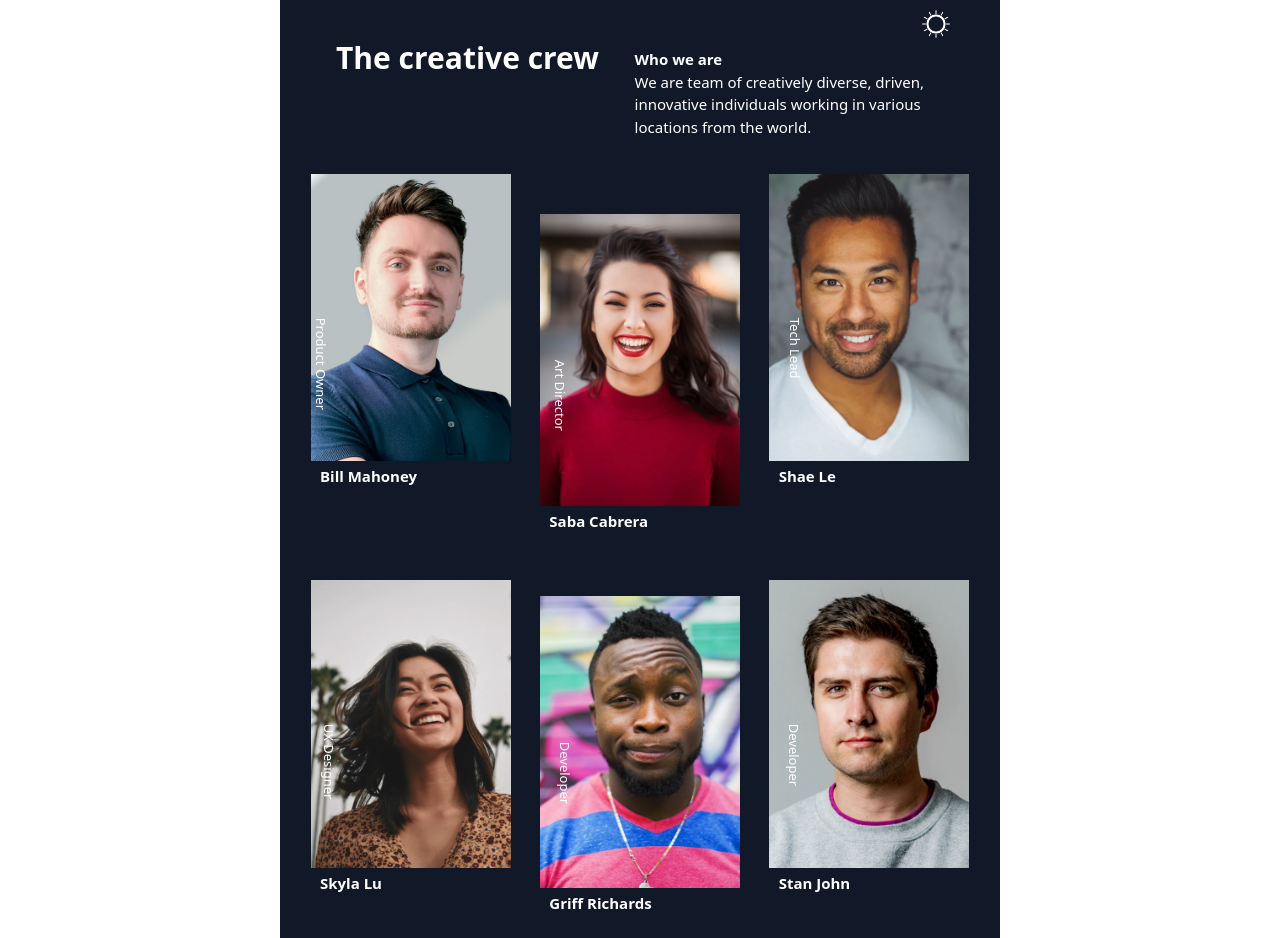
Repository: Alzate1075/Funval-G3-N2
Page: /
These files come from the project's save history. The page is drawn as it stood at one moment and after the next save; the edit follows.
The browser window is 1280 px wide. The pictures show the whole page.
The project was rebuilt for these pictures with package versions that can differ from the ones it lists, and the page was loaded fresh each time. Also part of the build but not shown: vite.config.js.

Above is the page before, as saved 2025-07-03 11:21:49.

After the next save:
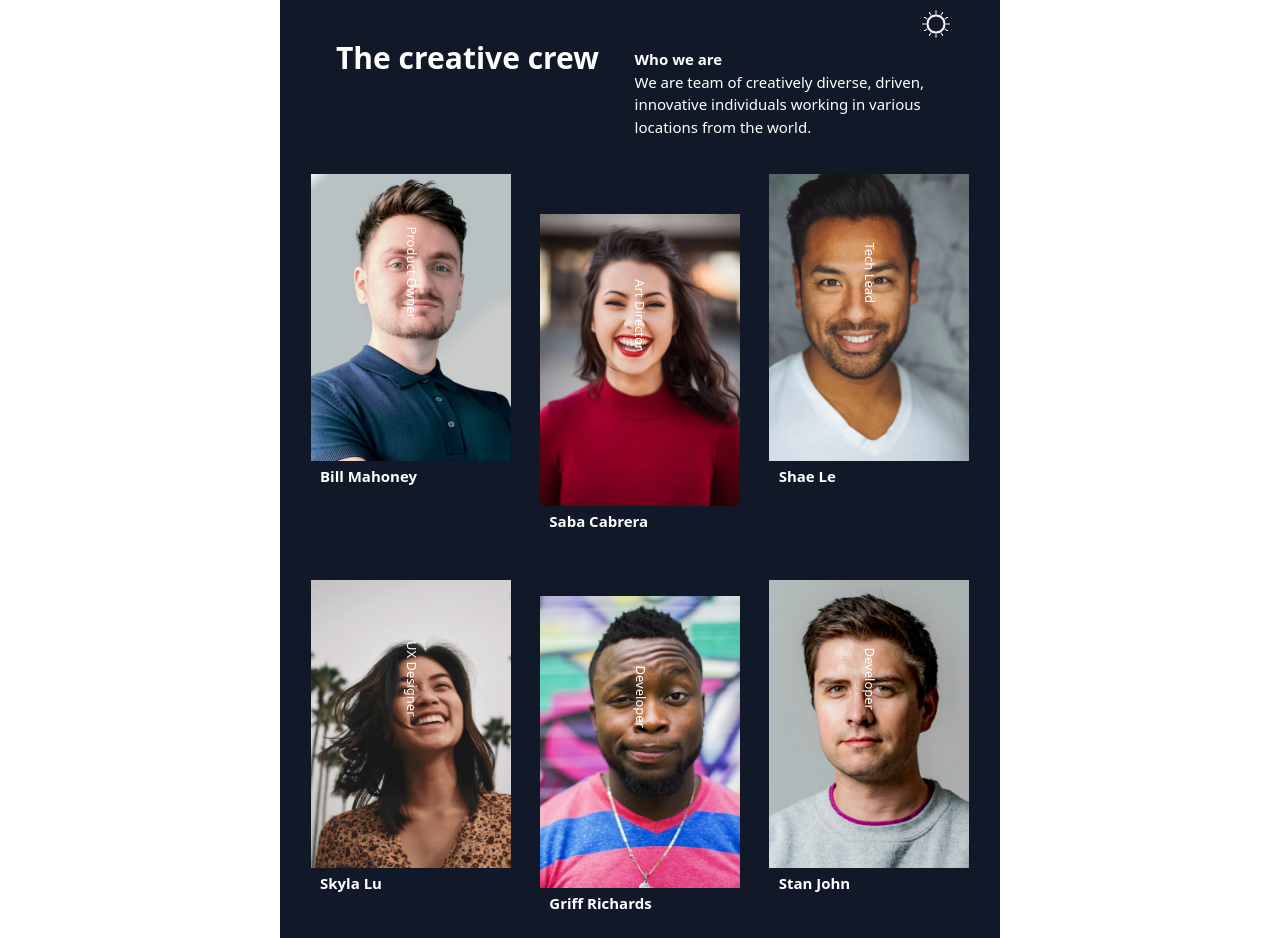
Saved 15 s later.
--- a/src/components/TeamCard.jsx
+++ b/src/components/TeamCard.jsx
@@ -4,7 +4,7 @@ export function TeamCard(props) {
     <div className={`${props.extraClass}`}>
       <div className="text-black md:text-white md:flex md:items-center md:justify-center gap-2 relative">
         <img src={props.image} alt={props.name} className="md:w-[200px] w-20" />
-        <span className="absolute pr-[90px] rotate-90 origin-left text-[10px] md:text-[13px]">
+        <span className="absolute pr-[90px] rotate-90 text-[10px] md:text-[13px]">
           {props.role}
         </span>
       </div>
